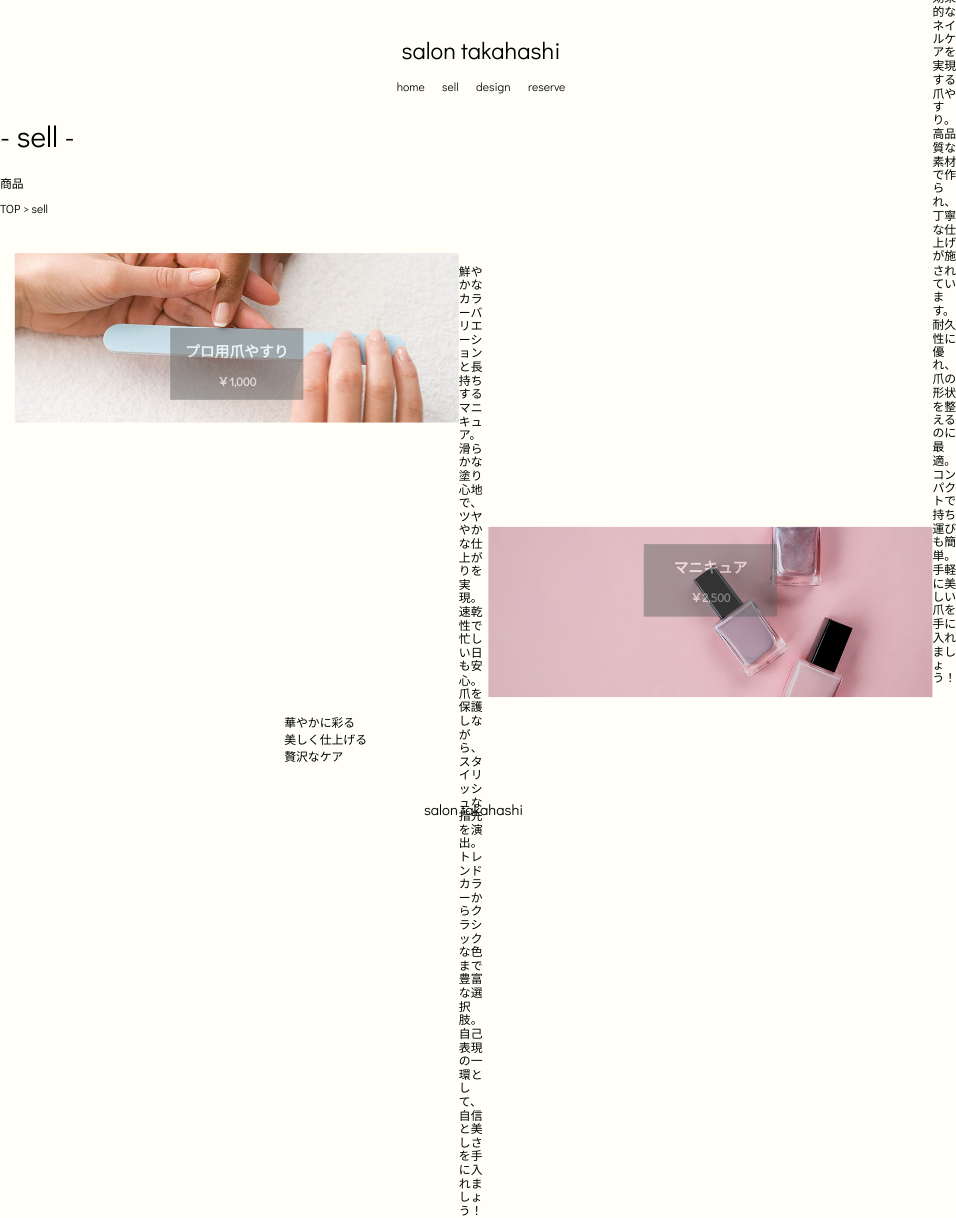
Repository: yukitakahashi1002/salontakahashi-
Page: sell.html
These files come from the project's save history. The page is drawn as it stood at one moment and after the next save; the edit follows.
The browser window is 1280 px wide. The page is 1292 px wide, so the pictures cover 1292 px, including what lies to the right of the window. The pictures show the whole page, at 74% of full size.

Above is the page before, as saved 2023-08-02 01:43:50.

### sell.html
<!DOCTYPE html>
<html>
<head>
    <title>Salon Takahashi - sell 商品 -</title>
    <meta charset="utf-8">
    <meta name="description" content="サロンタカハシの販売商品です">
    <meta name="viewport" content="width=device-width, initial-scale=1.0">
    <link rel="stylesheet" href='https://fonts.googleapis.com/css?family=Didact Gothic'>
    <link rel="stylesheet" href="css/normalize.css">
    <link rel="stylesheet" href="css/style.css">
</head>
<body>
    <!-- ヘッダー -->
    <header>
        <!-- サイトタイトル -->
        <h1>salon takahashi</h1>

        <!-- PC用ナビゲーション -->
        <nav id="nav-pc">
            <a href="/">home</a>
            <a href="sell.html">sell</a>
            <a href="design.html">design</a>
            <a href="reserve.html">reserve</a>
        </nav>
    </header>
    <main>
        <article>
            <!-- menu -->
            <section id="sell">
                <div class="sell-title">
                    <h2>- sell -</h2>
                    <p>商品</p>
                    <div>TOP > sell</div>
                </div>
                <div id="menu-flex">
                    <div class="menu-flex-left">
                        <img id="menu-photo1" src="images/5bf6e16609554325bf973714113b2404.jpg" alt="プロ用爪やすり">
                        <div>
                            <h3>プロ用爪やすり</h3>
                            <p>￥1,000</p>
                        </div>
                        <p>

鮮やかなカラーバリエーションと長持ちするマニキュア。滑らかな塗り心地で、ツヤやかな仕上がりを実現。速乾性で忙しい日も安心。爪を保護しながら、スタイリッシュな指先を演出。トレンドカラーからクラシックな色まで豊富な選択肢。自己表現の一環として、自信と美しさを手に入れましょう！
                        </p>
                    </div>
                    <div class="menu-flex-right">
                        <img id="menu-photo2" src="images/11062b_7d27fc5c07e74960b3757fe48325ce2c~mv2_d_6240_4160_s_4_2.jpg" alt="マニュキュア" >
                        <div>
                            <h3>マニキュア</h3>
                            <p>￥2,500</p>
                        </div>
                        <p>

効果的なネイルケアを実現する爪やすり。高品質な素材で作られ、丁寧な仕上げが施されています。耐久性に優れ、爪の形状を整えるのに最適。コンパクトで持ち運びも簡単。手軽に美しい爪を手に入れましょう！
                        </p>
                    </div>
                </div>
                <div class="menu-foot">
                    <p> 華やかに彩る</p>
                    <p> 美しく仕上げる</p>
                    <p> 贅沢なケア</p>
                </div>
            </section>
        </article>
        <footer>
            <div>

            </div>
        </footer>
    </main>
</body>
<footer>
    <p>salon takahashi</p>
</footer>
</html>

### css/style.css
@charset "utf-8";

/*
* *********************************
*　ページ全体に関わるのCSS設定
* *********************************
*/
html *,
::before,
::after {
    box-sizing: border-box;
}

html {
    font-size: 14px;
}
@media (min-width: 768px)  {
    html {
        font-size: 16px;
    }
}

body {
    font-family: 'Didact Gothic', sans-serif;
    background-color: #FFFFF8;
}

/* 標準的なリンクのテキストの色 */
a {
    color: #f30;
}



/*=============
PC用のスタイル
==============*/
/* 横幅設定 */
body {
    max-width: 1800px;
    min-width: 960px;
    margin: 0 auto 0 auto;
}

/* ヘッダー */
header {
    text-align: center;
    margin-top: 50px;
}
header > h1 {
    margin-left: 20px;
    font-weight: normal;
}

/* ナビゲーションのレイアウト */
#nav-pc > a:link {
    text-decoration: none;
    margin-left: 20px;
    color: #0d0d0d;
}

#nav-pc > a:visited {
    color: #0d0d0d;
}

#nav-pc > a:hover {
    color: #0d0d0d;
    text-decoration: underline;
}

#nav-pc > a:active {
    color: #0d0d0d;
}

/* メインビジュアル */
#main-visual {
    text-align: center;
}

#main-message > h1 {
    font-size: 60px;
    margin: 100px auto 0 auto;
    font-weight: normal;
}
#main-message > p {
    font-size: 20px;
}

#main-visual > img {
    margin: 80px auto 0 auto;
}

/* 見出し */
.section-title {
    text-align: center;
}
.section-title > P {
    margin-top: -20px;
}


h2 {
    font-weight: normal;
    font-size: 40px;
}

h3 {
    font-size: 20px;
}

/* メニュー */
#menu {
    margin: 100px auto 80px auto;
    width: 100%;
}

#menu-flex {
    width: 100%;
    display: flex;
}

#menu-flex > div {
    width: 50%;
    height: 600px;
    margin: 50px 20px 20px 20px;
}

.menu-flex-left {
    display: flex;
    align-items: flex-start;
    position: relative;
}

.menu-flex-left > img {
    width: 100%;
}

.menu-flex-left > div {
    width: 30%;
    position: absolute;
    top: 25%;
    left: 50%;
    -ms-transform: translate(-50%, -50%);
    -webkit-transform: translate(-50%, -50%);
    transform: translate(-50%, -50%);
    margin: 0;
    padding: 0;
    background-color: #666666;
    opacity: 0.5;
    color: #FFFFFF;
    text-align: center;
    font-weight: bold;
}


.menu-flex-right {
    display: flex;
    align-items: flex-end;
    position: relative;
}


.menu-flex-right > img {
    width: 100%;
}

.menu-flex-right > div {
    width: 30%;
    position: absolute;
    bottom: 10%;
    right: 20%;
    -ms-transform: translate(-50%, -50%);
    -webkit-transform: translate(-50%, -50%);
    transform: translate(-50%, -50%);
    margin: 0;
    padding: 0;
    background-color: #666666;
    opacity: 0.5;
    color: #FFFFFF;
    text-align: center;
    font-weight: bold;
 }

.menu-foot {
    text-align: left;
    width: 60%;
    margin: 0 0 0 30%;
}

.menu-foot p {
    margin: 5px 0 5px 0;
    font-size: 16px;
}

/* インフォメーション */
#information {
    margin: 100px auto 80px auto;
    width: 100%;
}

/* 表部分 */
/* height: 330px;効かない */
table {
    border-collapse:collapse;
    border-spacing: 0;
    height: 330px;
}

/* .information-table > td だと効かない */
.infomertion-left {
    width: 50%;
    height: 200px;
    background-color: #F2F2F2;
    text-align: center;
    vertical-align: center;
    line-height: 40px;
}

.infomertion-right {
    width: 50%;
    /* height: 200px; */
}

strong {
    font-size: 30px;
}

footer {
    margin: 50px auto;
    text-align: center;
}

footer p {
    font-size: 20px;
}

Loaded but not shown: css/normalize.css (library)

After the next save:
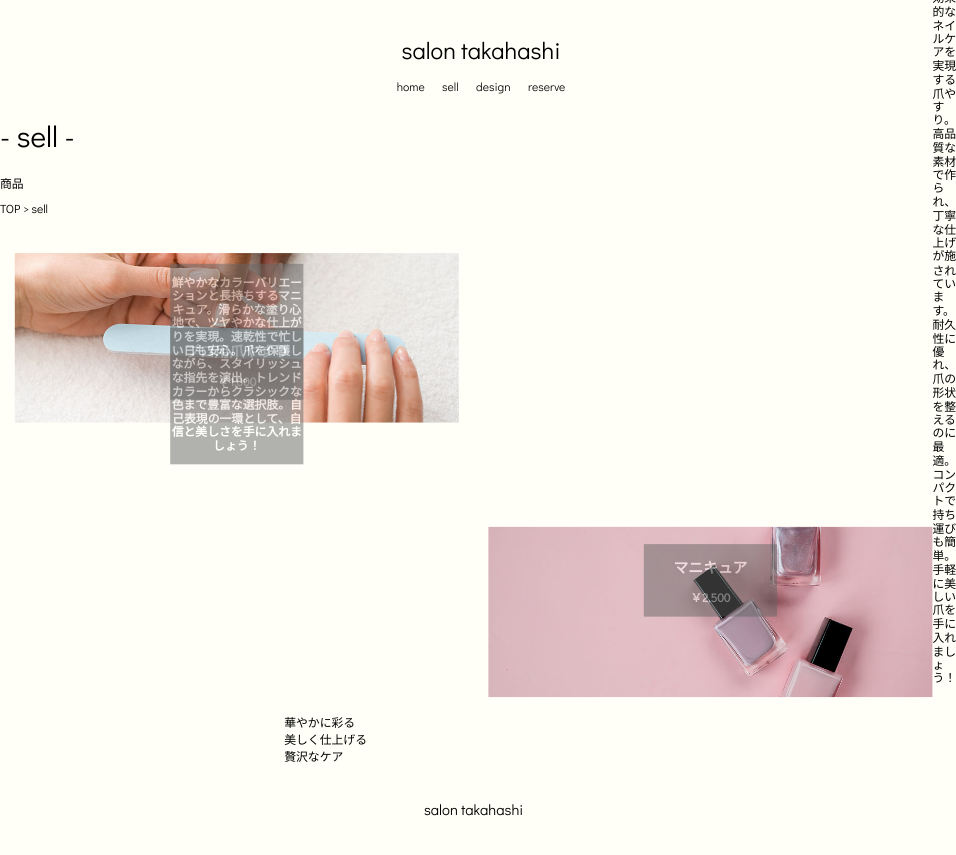
Saved 12 min 7 s later.
--- a/sell.html
+++ b/sell.html
@@ -39,10 +39,11 @@
                             <h3>プロ用爪やすり</h3>
                             <p>￥1,000</p>
                         </div>
-                        <p>
-
-鮮やかなカラーバリエーションと長持ちするマニキュア。滑らかな塗り心地で、ツヤやかな仕上がりを実現。速乾性で忙しい日も安心。爪を保護しながら、スタイリッシュな指先を演出。トレンドカラーからクラシックな色まで豊富な選択肢。自己表現の一環として、自信と美しさを手に入れましょう！
-                        </p>
+                        <div>
+                            <p>
+                                鮮やかなカラーバリエーションと長持ちするマニキュア。滑らかな塗り心地で、ツヤやかな仕上がりを実現。速乾性で忙しい日も安心。爪を保護しながら、スタイリッシュな指先を演出。トレンドカラーからクラシックな色まで豊富な選択肢。自己表現の一環として、自信と美しさを手に入れましょう！
+                            </p>
+                      </div>
                     </div>
                     <div class="menu-flex-right">
                         <img id="menu-photo2" src="images/11062b_7d27fc5c07e74960b3757fe48325ce2c~mv2_d_6240_4160_s_4_2.jpg" alt="マニュキュア" >
